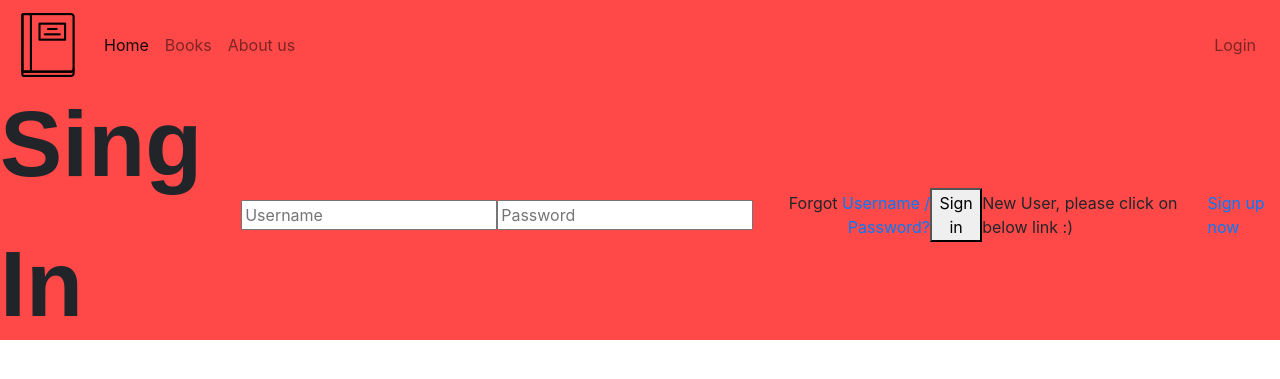
Repository: abhishekgandhi2398/BookStore
Page: http://localhost/BookStore/ulogin.jsp
The author's editor kept a copy of each file at every save. The page is drawn from the files as they stood at one save, then again after the next save.
The browser window is 1280 px wide. The pictures show the whole page.
The page is served by Tomcat 9.

Above is the page before, as saved 2019-12-06 15:17:36.
Console error: TypeError: Cannot read properties of undefined (reading 'fn')

After the next save:
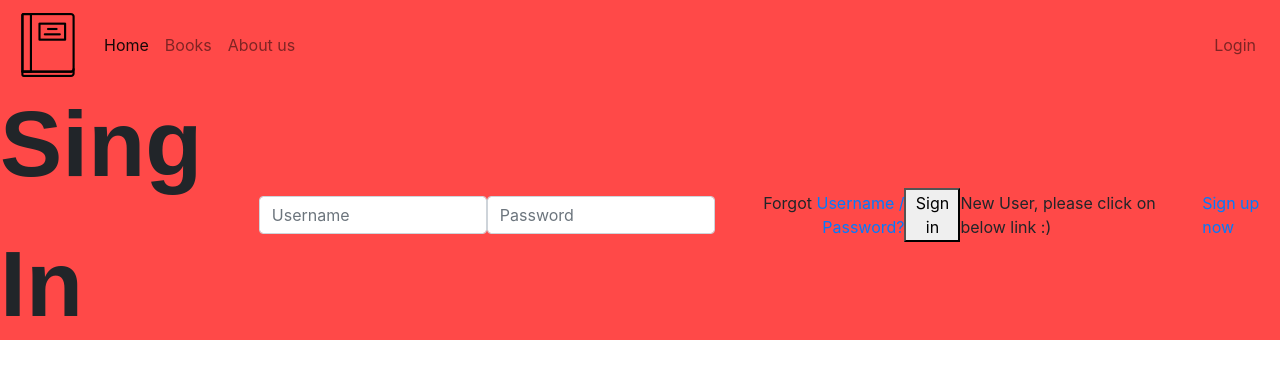
Saved 77 s later.
--- a/ProjectJava/BookStore/WebContent/ulogin.jsp
+++ b/ProjectJava/BookStore/WebContent/ulogin.jsp
@@ -88,12 +88,12 @@ else
 					<b style="font-family: sans-serif; font-size: 70pt;">Sing In</b>
 
 					<div class="wrap-input100 validate-input m-b-16" data-validate="Please enter Mobile No.">
-						<input class="input100" type="number" name="mobile" placeholder="Username">
+						<input class="form-control" type="number" name="mobile" placeholder="Username">
 						<span class="focus-input100"></span>
 					</div>
 
 					<div class="wrap-input100 validate-input" data-validate = "Please enter password">
-						<input class="input100" type="password" name="password" placeholder="Password">
+						<input class="form-control" type="password" name="password" placeholder="Password">
 						<span class="focus-input100"></span>
 					</div>
 
